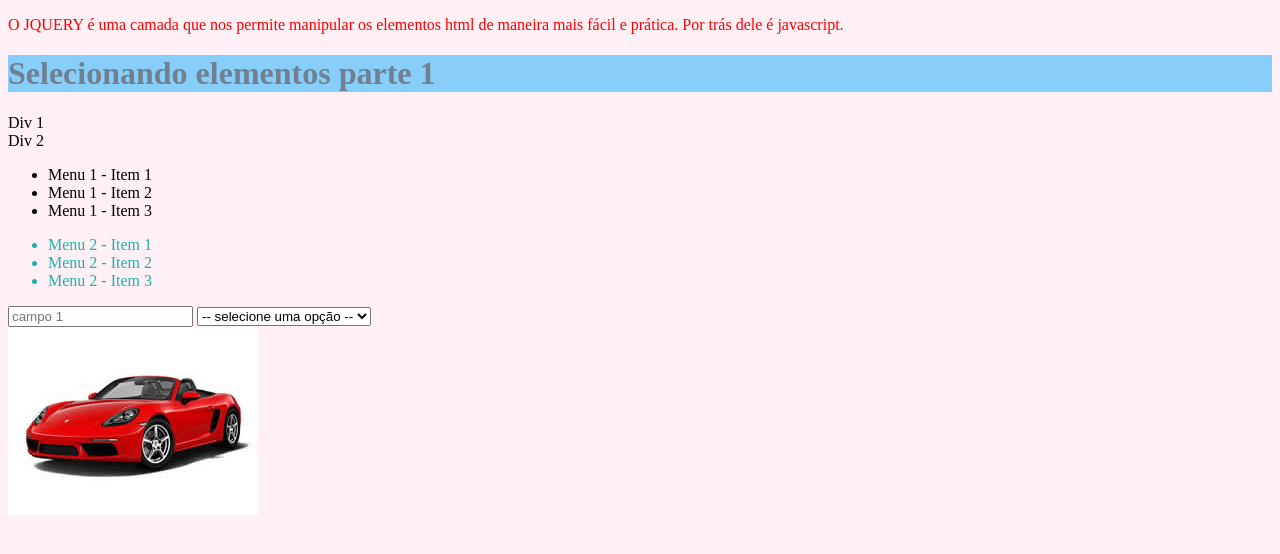
Repository: 2001mariana/jquery
Page: select-elements-part1.html
The author's editor kept a copy of each file at every save. The page is drawn from the files as they stood at one save, then again after the next save.
The browser window is 1280 px wide. The pictures show the whole page.

Above is the page before, as saved 2022-07-26 17:10:34.

After the next save:
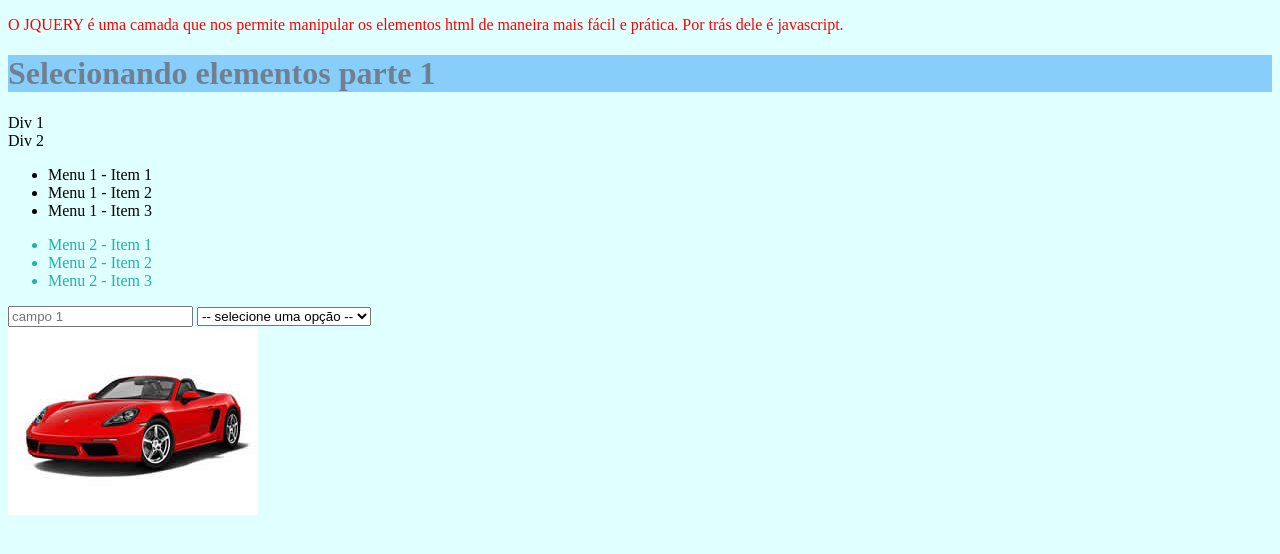
Saved 21 s later.
--- a/select-elements-part1.html
+++ b/select-elements-part1.html
@@ -9,7 +9,7 @@
     <!-- <script src='main.js'></script> -->
     <script src="https://code.jquery.com/jquery-3.6.0.min.js" integrity="sha256-/xUj+3OJU5yExlq6GSYGSHk7tPXikynS7ogEvDej/m4=" crossorigin="anonymous"></script>
 </head>
-<body style="background-color: 	#FFF0F5;">
+<body style="background-color: 	#E0FFFF;">
     <p>O JQUERY é uma camada que nos permite manipular os elementos html de maneira mais fácil e prática. Por trás dele é javascript.</p>
 
     <h1 class="diversos2">Selecionando elementos parte 1</h1>
